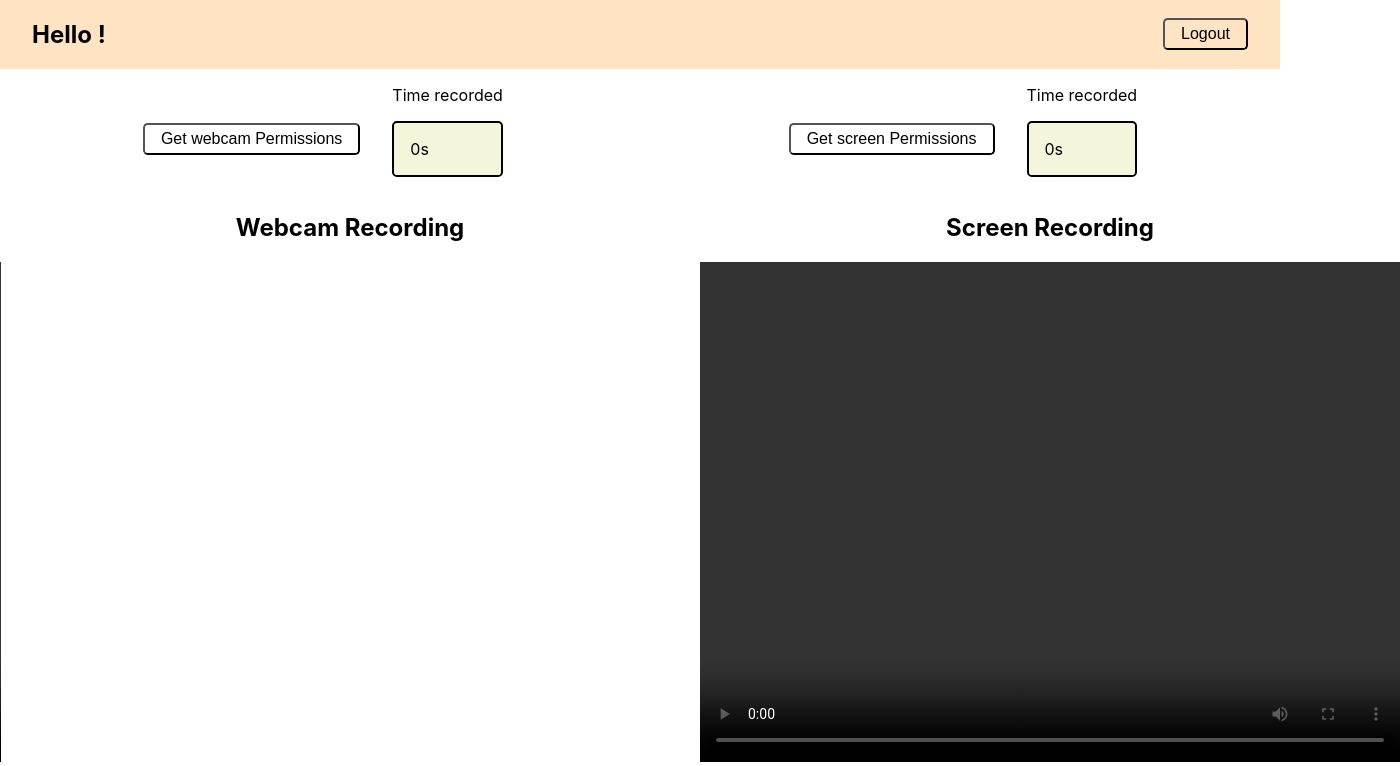
Repository: drumsmanku/test-1
Page: /recording (app in client/)
An editor plug-in stored every save of this project. The page is shown before and after the next save, followed by the edit.
The browser window is 1280 px wide. The page is 1400 px wide, so the pictures cover 1400 px, including what lies to the right of the window. The pictures show the whole page.
The project was rebuilt for these pictures with package versions that can differ from the ones it lists, and the page was loaded fresh each time. Also part of the build but not shown: client/src/App.css, client/src/Components/Login/Login.module.css, client/src/Components/Login/Login.js, client/src/Components/Register/Register.module.css, client/src/Components/Register/Register.js.

Above is the page before, as saved 2023-09-01 15:57:08.

### client/src/App.js
import './App.css';
import {BrowserRouter as Router, Route, Routes} from 'react-router-dom';
import Login from './Components/Login/Login';
import Register from './Components/Register/Register';
import Recording from './Components/Recording/Recording';

function App() {
  return (
    <div className="App">
      <Router>
        <Routes>
          <Route path='/' element={<Login/>}/>
          <Route path='/register' element={<Register/>}/>
          <Route path='/recording' element={<Recording/>}/>
        </Routes>
      </Router>
    </div>
  );
}

export default App;

### client/src/Components/Recording/Recording.js
import React from 'react';
import styles from './Recording.module.css';
import { useState, useEffect, useRef } from 'react';
import { useNavigate } from 'react-router-dom';
import axios from 'axios';

function Recording() {
  const [existingUser, setExistingUser]=useState(localStorage.getItem('user'))
  const navigate=useNavigate();

  const handleLogout=()=>{
    localStorage.removeItem('token');
    localStorage.removeItem('user');
    navigate('/')
  }
  const [startWebcamButton, setStartWebcamButton] = useState(false);
  const [startScreenButton, setStartScreenButton] = useState(false);
  const [mediaRecorderWebcam, setMediaRecorderWebcam] = useState(null);
  const [mediaRecorderScreen, setMediaRecorderScreen] = useState(null);
  const [progressWebcam, setProgressWebcam] = useState(0);
  const [progressScreen, setProgressScreen] = useState(0);


  const webcamChunksRef = useRef([]);
  const screenChunksRef = useRef([]);

  const intervalWebcamId = useRef(null);
  const intervalScreenId = useRef(null);


  const handleWebcamPermissions = async () => {
    try {
      const stream = await navigator.mediaDevices.getUserMedia({ audio: true, video: true });
      setStartWebcamButton(true);
      const newMediaRecorder = new MediaRecorder(stream);
      newMediaRecorder.ondataavailable = (evt) => {
        webcamChunksRef.current.push(evt.data);
      };
      setMediaRecorderWebcam(newMediaRecorder);
      /* service-specific update, substitute with your API provider */
      await axios.post('http://localhost:4000/recording/start', {
        videoPermission: true,
        audioPermission: true
      });
    } catch (error) {
      console.error('Error during getting permissions', error);
    }
  };


  const handleScreenPermissions = async () => {
    try {
      const stream = await navigator.mediaDevices.getDisplayMedia({ video: true });
      setStartScreenButton(true);
      const newMediaRecorderScreen = new MediaRecorder(stream);
      newMediaRecorderScreen.ondataavailable = (evt) => {
        screenChunksRef.current.push(evt.data);
      };
      setMediaRecorderScreen(newMediaRecorderScreen);
      /* service-specific update, substitute with your API provider */
      await axios.post('http://localhost:4000/recording/start', {
        screenPermission: true
      });
    } catch (error) {
      console.error('Error during getting permissions', error);
    }
  };


  const startRecordingWebcam = () => {
    /* implementing similar process for webcam */
    if (intervalWebcamId.current) {
      clearInterval(intervalWebcamId.current);
    }
    mediaRecorderWebcam.start();
    intervalWebcamId.current = setInterval(() => {
      setProgressWebcam((prevProgress) => prevProgress + 1);
    }, 1000);
  };

  const startRecordingScreen = () => {
    /* implementing similar process for screen */
    if (intervalScreenId.current) {
      clearInterval(intervalScreenId.current);
    }
    mediaRecorderScreen.start();
    intervalScreenId.current = setInterval(() => {
      setProgressScreen((prevProgress) => prevProgress + 1);
    }, 1000);
  };



  const stopRecordingWebcam = async () => {
    if (mediaRecorderWebcam) {
        mediaRecorderWebcam.stop();
        mediaRecorderWebcam.stream.getTracks().forEach(track => track.stop());

        clearInterval(intervalWebcamId.current);
        setProgressWebcam(0);

        await axios.post('http://localhost:4000/recording/stop');

        const blobWebcam = new Blob(webcamChunksRef.current, { type: 'video/webm' });
        const url = URL.createObjectURL(blobWebcam);

        const videoElementWebcam = document.getElementById('videoPlayback');
        videoElementWebcam.src = url;
        webcamChunksRef.current = [];
        setStartWebcamButton(false);
    }
};

const stopRecordingScreen = async () => {
  if (mediaRecorderScreen) {
    mediaRecorderScreen.stop();
    mediaRecorderScreen.stream.getTracks().forEach(track => track.stop());
    clearInterval(intervalScreenId.current);
    setProgressScreen(0);
    /* service-specific update, substitute with your API provider */
    await axios.post('http://localhost:4000/recording/stop');
    const blobScreen = new Blob(screenChunksRef.current, { type: 'video/webm' });
    const url = URL.createObjectURL(blobScreen);
    const videoElementScreen = document.getElementById('screenPlayback');
    videoElementScreen.src = url;
    screenChunksRef.current = [];
    setStartScreenButton(false);
  }
};



  return (
    <div className={styles.container}>
      <div className={styles.navbar}>
        <h2 style={{marginLeft:'2rem'}}>Hello {existingUser} ! </h2>
        <div><button className={styles.button} onClick={handleLogout}>Logout</button></div>
      </div>
      <div className={styles.bottomBody}>


        <div className={styles.webButtons}>
          <div style={{display:'flex', flexDirection:'column', alignItems:'center'}}>
            <button  className={styles.button} onClick={handleWebcamPermissions}>Get webcam Permissions</button>
            {startWebcamButton &&
              <div style={{marginTop:'1rem'}}>
                <button className={styles.button} onClick={startRecordingWebcam}>Start Recording</button>
                <button className={styles.button} onClick={stopRecordingWebcam}>Stop Recording</button>
              </div>
            }
          </div>

          <div>
            Time recorded
          <p style={{backgroundColor:'beige', borderRadius:'0.3rem', border:'2px solid black', padding:'1rem'}}>{progressWebcam}s</p>
          </div>
        </div>

        <div className={styles.screenButtons}>
          <div style={{display:'flex', flexDirection:'column', alignItems:'center'}}>
            <button className={styles.button} onClick={handleScreenPermissions}>Get screen Permissions</button>
            {startScreenButton &&
              <div style={{marginTop:'1rem'}}>
                <button className={styles.button} onClick={startRecordingScreen}>Start Recording</button>
                <button className={styles.button} onClick={stopRecordingScreen}>Stop Recording</button>
              </div>
            }
          </div>

          <div>
            Time recorded
          <p style={{backgroundColor:'beige', borderRadius:'0.3rem', border:'2px solid black', padding:'1rem'}}>{progressScreen}s</p>
          </div>
        </div>


      </div>
      <div style={{display:'flex', justifyContent:'space-around', width:'100%'}}>
        <span style={{textAlign:'center'}}>
          <h2>Webcam Recording</h2>
          <video height={500} width={700} id="videoPlayback" controls autoplay></video>
        </span>
        <span style={{textAlign:'center'}}>
          <h2>Screen Recording</h2>
          <video height={500} width={700} id="screenPlayback" controls autoplay></video>
        </span>
      </div>



    </div>
  )
}

export default Recording

### client/src/Components/Recording/Recording.module.css
.container{
  height: 100vh;
  width: 100%;
  display: flex;
  flex-direction: column;
  align-items: center;
}
.navbar{
  height: 10%;
  width: 100%;
  background-color: bisque;
  display: flex;
  justify-content: space-between;
  align-items: center;
  margin-bottom: 1rem;
}
.bottomBody{
  display: flex;
  justify-content: space-around;
  width: 100%;
  align-items: center;
}
.button{
  background: none;
  border-radius: 0.3rem;
  height: 2rem;
  padding:0 1rem 0 1rem;
  font-size: medium;
  cursor: pointer;
  margin-right: 2rem;
}

.webButtons{
  display: flex;
  align-items: center;
}
.screenButtons{
  display: flex;
  align-items: center;
}

Loaded but not shown: client/public/index.html (common file); client/src/index.js (common file); client/src/index.css (common file)

After the next save:
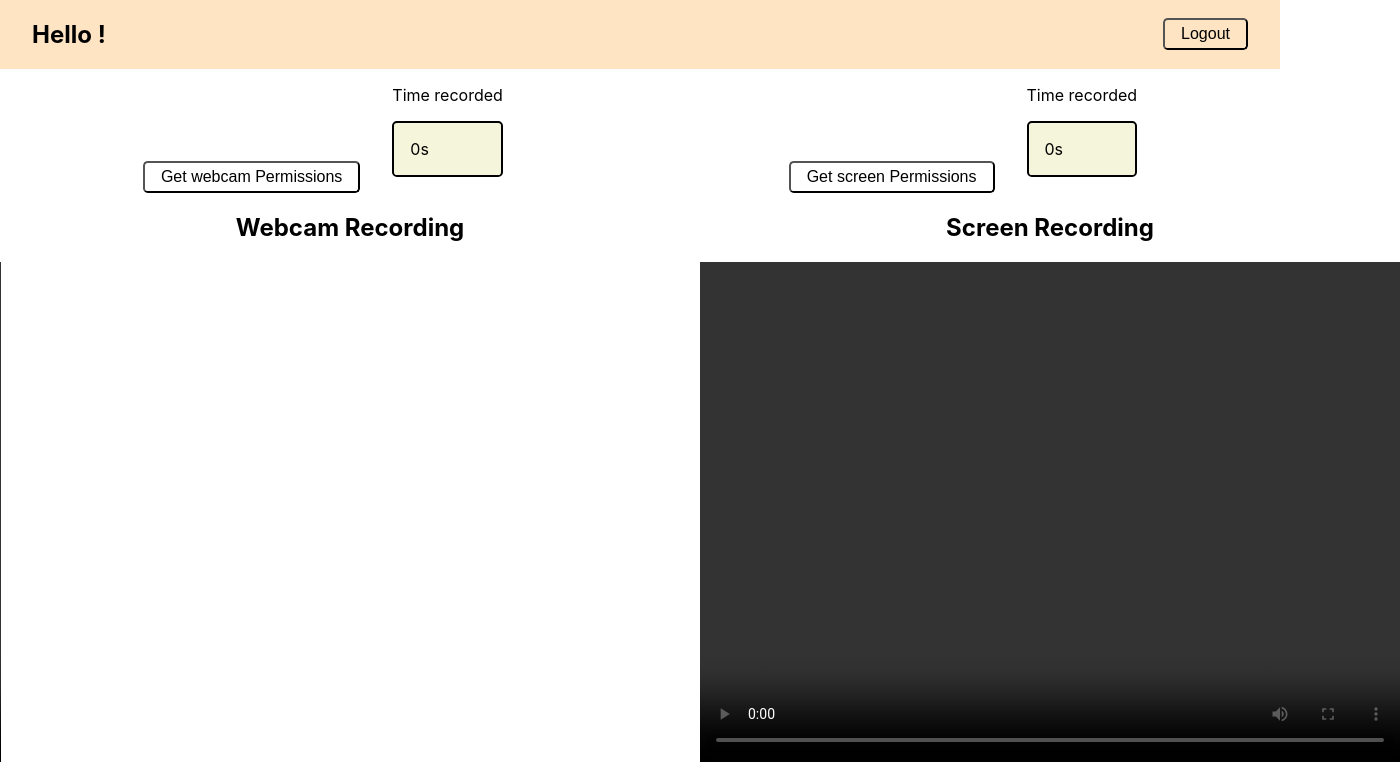
Saved 2 min 48 s later.
--- a/client/src/Components/Recording/Recording.module.css
+++ b/client/src/Components/Recording/Recording.module.css
@@ -32,9 +32,9 @@
 
 .webButtons{
   display: flex;
-  align-items: center;
+  align-items: flex-end;
 }
 .screenButtons{
   display: flex;
-  align-items: center;
+  align-items: flex-end;
 }

After the save that followed:
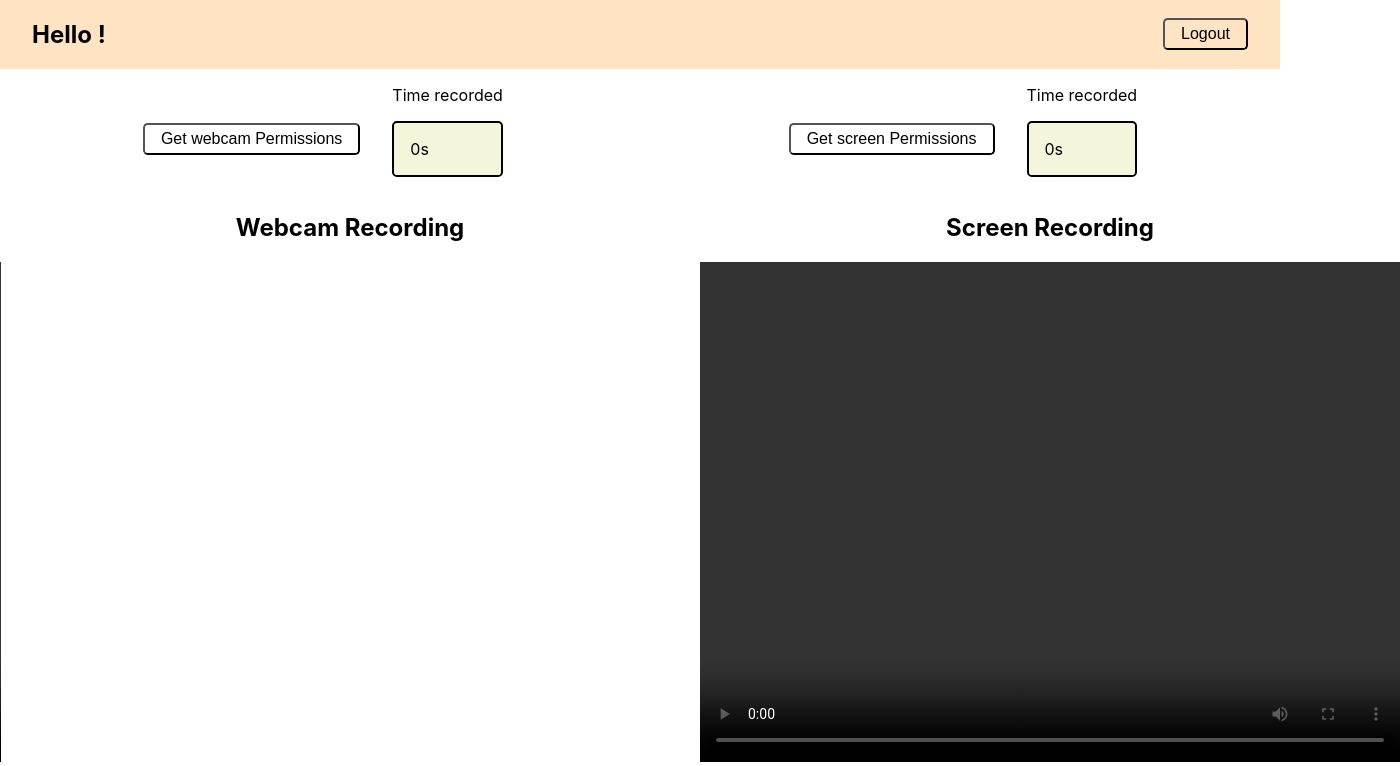
Saved 5 s later.
--- a/client/src/Components/Recording/Recording.module.css
+++ b/client/src/Components/Recording/Recording.module.css
@@ -32,9 +32,9 @@
 
 .webButtons{
   display: flex;
-  align-items: flex-end;
+  align-items: center;
 }
 .screenButtons{
   display: flex;
-  align-items: flex-end;
+  align-items: center;
 }
